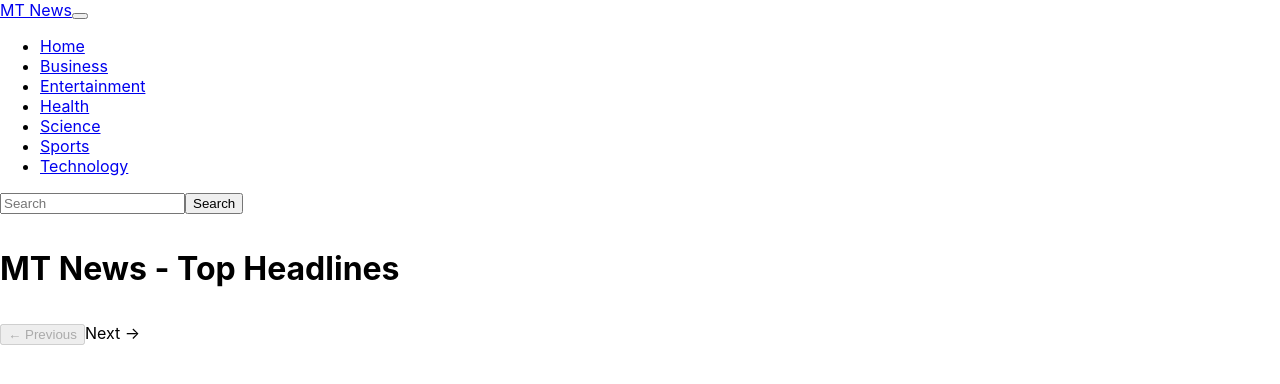
Repository: professorsourabh/news_website_using-ReactJS
Page: /health
These files come from the project's save history. The page is drawn as it stood at one moment and after the next save; the edit follows.
The browser window is 1280 px wide. The pictures show the whole page.
The page's requests for data from a server got no answer. The project was rebuilt for these pictures with package versions that can differ from the ones it lists, and the page was loaded fresh each time. No one was signed in, and anything a server would have sent is missing. Also part of the build but not shown: src/Components/NewsaItem.js.

Above is the page before, as saved 2023-05-26 11:58:15.

### src/index.js
import React from 'react';
import ReactDOM from 'react-dom/client';
import './index.css';
import App from './App';
import reportWebVitals from './reportWebVitals';
import { BrowserRouter , Route, Routes } from 'react-router-dom';
const root = ReactDOM.createRoot(document.getElementById('root'));
root.render(
  <React.StrictMode>

    <App />

  </React.StrictMode>
);

// If you want to start measuring performance in your app, pass a function
// to log results (for example: reportWebVitals(console.log))
// or send to an analytics endpoint. Learn more: https://bit.ly/CRA-vitals
reportWebVitals();

### src/App.js
// App.js
import React, { Component } from 'react';
import { BrowserRouter as Router, Route, Routes } from 'react-router-dom';
import NavBar from './Components/NavBar';
import News from './Components/News';

export default class App extends Component {
  render() {
    return (
      <Router>
        <div>
          <NavBar />

          <Routes>
            <Route path="/" element={<News category="general"/>} />
            <Route path="/business" element={<News category="business" />} />
            <Route path="/news/Entertainment" element={<News category="entertainment" />} />
            <Route path="/health" element={<News category="health" />} />
            <Route path="/science" element={<News category="science" />} />
            <Route path="/sports" element={<News category="sports" />} />
            <Route path="/technology" element={<News category="technology" />} />
          </Routes>
        </div>
      </Router>
    );
  }
}

### src/Components/NavBar.js
// NavBar.js
import React, { Component } from 'react';
import { Link } from 'react-router-dom';

export class NavBar extends Component {
  render() {
    return (
      <div>
        <nav className="navbar navbar-expand-md bg-body-dark bg-dark text-center">
          <div className="container-fluid">
            <Link className="navbar-brand text-light" to="/">
              MT News
            </Link>
            <button
              className="navbar-toggler"
              type="button"
              data-bs-toggle="collapse"
              data-bs-target="#navbarSupportedContent"
              aria-controls="navbarSupportedContent"
              aria-expanded="false"
              aria-label="Toggle navigation"
            >
              <span className="navbar-toggler-icon"></span>
            </button>

            <div className="collapse navbar-collapse" id="navbarSupportedContent">
              <ul className="navbar-nav me-auto mb-2 mb-lg-0">
                <li className="nav-item">
                  <Link className="nav-link text-light" to="/">
                    Home
                  </Link>
                </li>

                <li className="nav-item">
                  <Link className="nav-link text-light" to="/business">
                    Business
                  </Link>
                </li>
                <li className="nav-item">
                  <Link className="nav-link text-light" to="/news/Entertainment">
                    Entertainment
                  </Link>
                </li>
                <li className="nav-item">
                  <Link className="nav-link text-light" to="/health">
                    Health
                  </Link>
                </li>
                <li className="nav-item">
                  <Link className="nav-link text-light" to="/science">
                    Science
                  </Link>
                </li>
                <li className="nav-item">
                  <Link className="nav-link text-light" to="/sports">
                    Sports
                  </Link>
                </li>
                <li className="nav-item">
                  <Link className="nav-link text-light" to="/technology">
                    Technology
                  </Link>
                </li>
              </ul>

              <form className="d-flex" role="search">
                <input className="form-control me-2" type="search" placeholder="Search" aria-label="Search" />
                <button className="btn btn-outline-success" type="submit">
                  Search
                </button>
              </form>
            </div>
          </div>
        </nav>
      </div>
    );
  }
}

export default NavBar;

### src/Components/News.js
// News.js
import React, { Component } from 'react';
import NewsaItem from './NewsaItem';
import Spinner from './Spinner';
import PropTypes from 'prop-types';

export class News extends Component {
  static defaultProps = {
    country: 'in',
    category: 'general',
  };

  static propTypes = {
    country: PropTypes.string,
    category: PropTypes.string,
  };

  constructor(props) {
    super(props);
    this.state = {
      articles: [],
      loading: false,
      page:1
    };
  }

  async componentDidMount() {
    await this.fetchArticles();
  }

  async componentDidUpdate(prevProps) {
    if (prevProps.category !== this.props.category) {
      await this.fetchArticles();
    }
  }

  fetchArticles = async () => {
    const { country, category } = this.props;
    const apiKey = '6de024851937497c9017d3f0f0e104a4'; // Replace with your NewsAPI API key
    const page=1;
    try {
      this.setState({ loading: true });
      const url = `https://newsapi.org/v2/top-headlines?country=${country}&category=${category}&apiKey=${apiKey}&page=${page}`;
      const response = await fetch(url);
      const data = await response.json();
      this.setState({ articles: data.articles, loading: false });
    } catch (error) {
      console.error('Error fetching articles:', error);
      this.setState({ loading: false });
    }
  };

  render() {
    const { articles, loading } = this.state;

    return (
      <div className="container my-3">
        <h1 className="text-center" style={{ margin: '35px 0px' }}>
          MT News - Top Headlines
        </h1>

        {loading ? (
          <Spinner />
        ) : (
          <div className="row">
            {articles.map((article) => (
              <div className="col-md-4" key={article.url}>
                <NewsaItem
                  title={article.title ? article.title : ''}
                  description={article.description ? article.description.slice(0, 88) : ''}
                  imageUrl={
                    article.urlToImage ||
                    'https://img.etimg.com/thumb/msid-100188906,width-1070,height-580,imgsize-113958,overlay-etmarkets/photo.jpg'
                  }
                  newsUrl={article.url}
                />
              </div>
            ))}
          </div>

        )}
        <div className="container d-flex justify-content-between">
            <button disabled={this.state.page<=1} type="button" className="btn btn-primary" onClick={this.handlePrevious}>&larr; Previous</button>
            <a disabled={this.state.page<=1} type="button" className="btn btn-primary" onClick={this.handleNext}>Next &rarr;</a>
            </div>
      </div>
    );
  }
}

export default News;

### src/Components/Spinner.js
import React, { Component } from 'react'
import loading from './loading.gif'
export class Spinner extends Component {
  render() {
    return (
      <div className='d-flex justify-content-center text-center align-items-center'>
        <img src={loading} alt="loading"/>
      </div>
    )
  }
}

export default Spinner

Loaded but not shown: src/index.css (common file); src/reportWebVitals.js (common file)

After the next save:
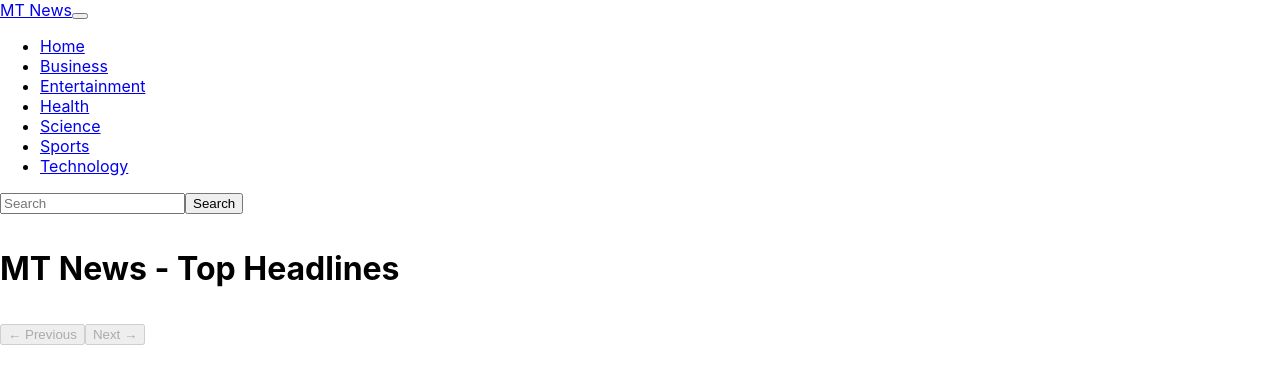
Saved 3 min 21 s later.
--- a/src/Components/News.js
+++ b/src/Components/News.js
@@ -27,6 +27,19 @@ export class News extends Component {
   async componentDidMount() {
     await this.fetchArticles();
   }
+  handlePrevious = async () => {
+    const { country, category } = this.props;
+    const { page } = this.state;
+    const prevPage = page - 1;
+    await this.fetchArticles(country, category, prevPage);
+  };
+
+  handleNext = async () => {
+    const { country, category } = this.props;
+    const { page } = this.state;
+    const nextPage = page + 1;
+    await this.fetchArticles(country, category, nextPage);
+  };
 
   async componentDidUpdate(prevProps) {
     if (prevProps.category !== this.props.category) {
@@ -51,7 +64,7 @@ export class News extends Component {
   };
 
   render() {
-    const { articles, loading } = this.state;
+    const { articles, loading, page } = this.state;
 
     return (
       <div className="container my-3">
@@ -77,15 +90,30 @@ export class News extends Component {
               </div>
             ))}
           </div>
+        )}
 
-        )}
         <div className="container d-flex justify-content-between">
-            <button disabled={this.state.page<=1} type="button" className="btn btn-primary" onClick={this.handlePrevious}>&larr; Previous</button>
-            <a disabled={this.state.page<=1} type="button" className="btn btn-primary" onClick={this.handleNext}>Next &rarr;</a>
-            </div>
+          <button
+            disabled={page <= 1}
+            type="button"
+            className="btn btn-primary"
+            onClick={this.handlePrevious}
+          >
+            &larr; Previous
+          </button>
+          <button
+            disabled={articles.length === 0} // Disable next button when no articles are loaded
+            type="button"
+            className="btn btn-primary"
+            onClick={this.handleNext}
+          >
+            Next &rarr;
+          </button>
+        </div>
       </div>
     );
   }
+
 }
 
 export default News;
